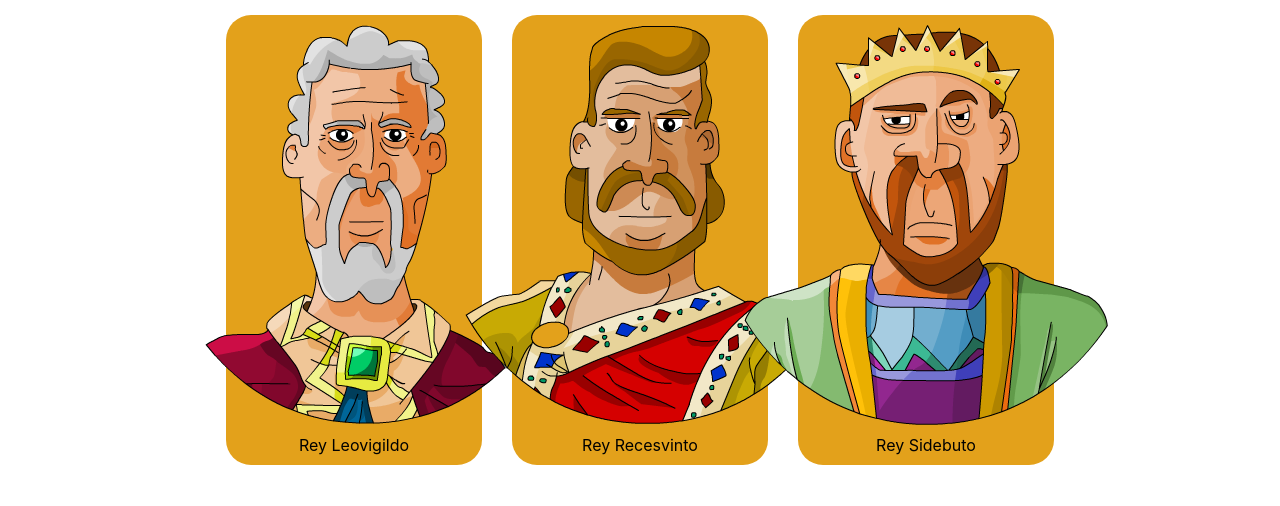
Repository: abgdev1997/ejercicios-react
Page: /
An editor plug-in stored every save of this project. The page is shown before and after the next save, followed by the edit.
The browser window is 1280 px wide. The pictures show the whole page.
The project was rebuilt for these pictures with package versions that can differ from the ones it lists, and the page was loaded fresh each time.

Above is the page before, as saved 2022-02-22 11:19:50.

### src/App.js
import './App.css';
import leovigildo from './rey_leogivildo.png';
import recesvinto from './rey_recesvinto.png';
import sisebuto from './rey_sisebuto.png';
import incognito from './rey_incognito.png'

function App() {

  const cambiarImagen = (e, name) => {
    if(e.target.src.includes(name)){
      e.target.src = incognito;
    }
    if(e.target.src.includes(name)){
      e.target.src = null;
      e.target.style.backgroundColor = null;
    }
  }

  const cambiarTexto = (e) => {
    if(e.target.innerHTML.includes('Rey')){
      e.target.innerHTML = 'Visto';
    }else if(e.target.innerHTML.includes('Visto')){
      e.target.innerHTML = null;
    }
  }

  return (
    <div className="App">
      <div className='img'>
        <img alt='Rey Leovigildo' src={leovigildo} />
        <span onClick={cambiarTexto} className='span'>Rey Leovigildo</span>
      </div>
      <div className='img'>
        <img alt='Rey Recesvinto' src={recesvinto} />
        <span onClick={cambiarTexto} className='span'>Rey Recesvinto</span>
      </div>
      <div className='img'>
        <img alt='Rey Sisebuto' src={sisebuto} />
        <span onClick={cambiarTexto} className='span'>Rey Sidebuto</span>
      </div>
    </div>
  );
}

export default App;

### src/App.css
.App{
  display: flex;
  flex-direction: row;
  justify-content: center;
}

.img{
  background-color:#E3A11B;
  border-radius: 25px;
  display:flex;
  flex-direction: column;
  align-items:center;
  width: 20%;
  margin: 15px;
  padding-top: 10px;
  padding-bottom: 10px;
}

.span{
  padding-top: 10px;
}

Loaded but not shown: public/index.html (common file); src/index.js (common file); src/index.css (common file)

After the next save:
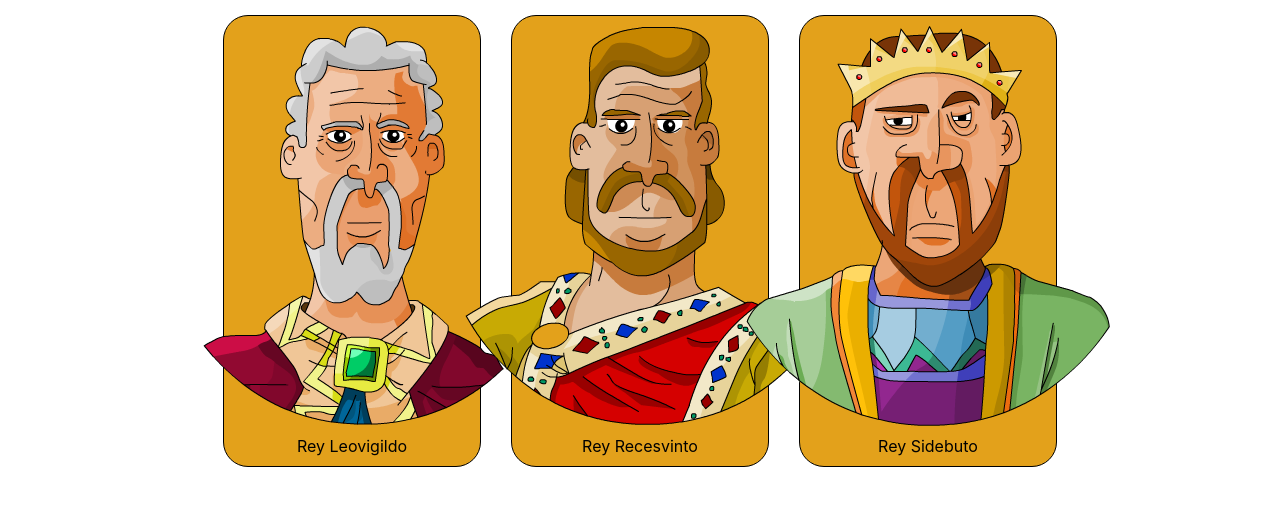
Saved 74 s later.
--- a/src/App.css
+++ b/src/App.css
@@ -14,6 +14,7 @@
   margin: 15px;
   padding-top: 10px;
   padding-bottom: 10px;
+  border: 1px solid black;
 }
 
 .span{
